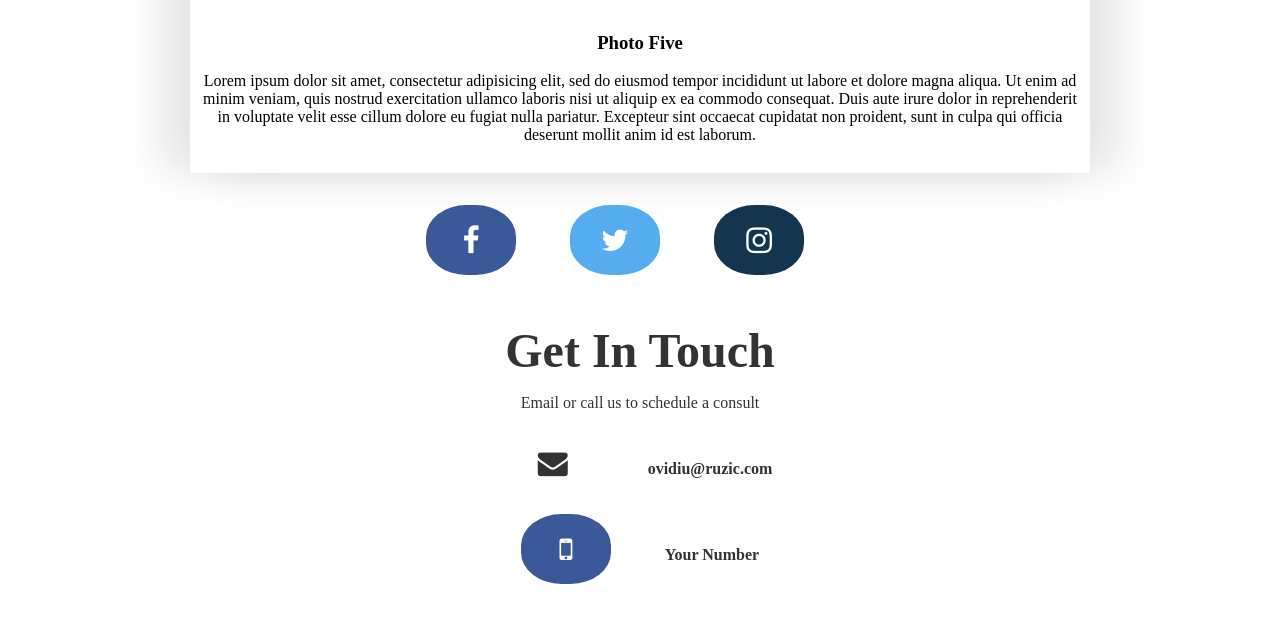
Repository: konstantin0s/mobile-photography
Page: index.html
An editor plug-in stored every save of this project. The page is shown before and after the next save, followed by the edit.
The browser window is 1280 px wide. The pictures show the part of the page from y = 4062 to 4702 px (the page is 4702 px tall).

Above is the page before, as saved 2019-05-11 14:55:24.

After the next save:
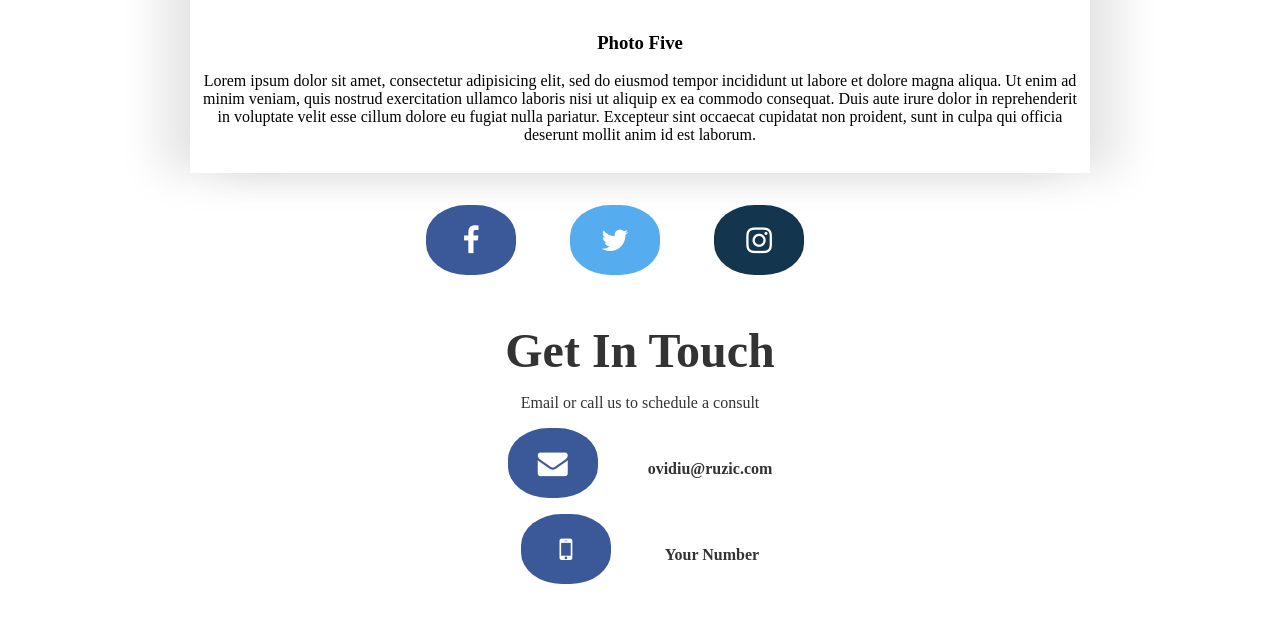
Saved 12 s later.
--- a/css/style.css
+++ b/css/style.css
@@ -152,7 +152,7 @@ footer h3 {
 
 /* Email & Phone*/
 
-.fa-email {
+.fa-envelope {
   background: #3B5998;
   color: white;
 }
